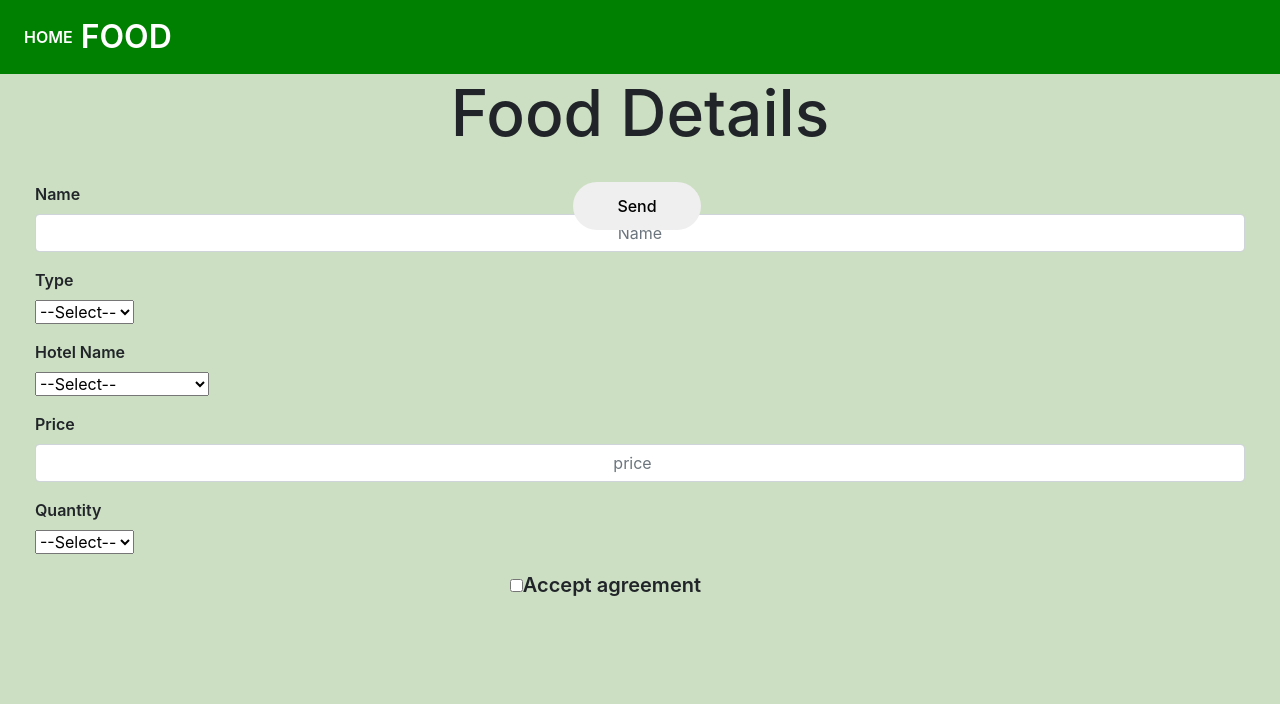
Repository: 05Mohammedismail/xworkz--Advance-Java
Page: http://localhost/Sep14_JSP_WrapperClasses/food.jsp
These files come from the project's save history. The page is drawn as it stood at one moment and after the next save; the edit follows.
The browser window is 1280 px wide. The pictures show the whole page.
The page is served by Tomcat 9. Other server files are loaded and not shown.

Above is the page before, as saved 2023-09-14 17:38:05.

### Sep14_JSP_WrapperClasses/src/main/webapp/food.jsp
<%@ page language="java" contentType="text/html; charset=ISO-8859-1"
    pageEncoding="ISO-8859-1"%>
<!doctype html>
<html lang="en">
  <head>
    <meta charset="utf-8">
    <meta name="viewport" content="width=device-width, initial-scale=1">
    <title>MY-JSP</title>
<link rel="stylesheet" href="https://cdn.jsdelivr.net/npm/bootstrap@4.0.0/dist/css/bootstrap.min.css" integrity="sha384-Gn5384xqQ1aoWXA+058RXPxPg6fy4IWvTNh0E263XmFcJlSAwiGgFAW/dAiS6JXm" crossorigin="anonymous">
<style type="text/css">

body{
background-color: rgb(204, 223, 194);
}

body h1{
text-align: center;
font-size: 4em;
}

.navbar-brand{
font-size: 2em;
}
.navbar{
background: green;
margin-bottom: 1px;
font-weight:600;
color: white;
}
.nav-link:hover{
text-decoration: underline;
}

.form-row{
margin: 30px;
position: relative;
}

.send{
position: absolute;
right: 45%;
border-radius: 40px;
height: 3em;
width: 8em;
outline: none;
border: none;
font-weight: 500;
cursor: pointer;
}

.send:hover{
background: lime;
}

.form-control{
text-align: center;
}

.form-group label{
font-weight: 600;
}

.check {
position: absolute;
right: 45%;
font-size: 20px;
}

</style>
</head>

  <body>
   <nav class="navbar navbar-expand-lg navbar-light">
  <div class="collapse navbar-collapse" id="navbarNav">
    <ul class="navbar-nav">
      <li class="nav-item">
        <a class="nav-link text-white" href="index.jsp">HOME</a>
      </li>
      </ul>
      <a class="navbar-brand">FOOD</a>
  <button class="navbar-toggler" type="button" data-toggle="collapse" data-target="#navbarNav" aria-controls="navbarNav" aria-expanded="false" aria-label="Toggle navigation">
    <span class="navbar-toggler-icon"></span>
  </button>
  </div>
</nav>

<h1>Food Details</h1>
<form action="food" method="post">
  <div class="form-row">

    <div class="form-group col-md-12">
      <label>Name</label>
      <input type="text" class="form-control" placeholder="Name" name="name">
    </div>

    <div class="form-group col-md-12">
      <label>Type</label>
      <br>
      <select name="type">
      <option>--Select--</option>
      <option>Veg</option>
      <option>Non-Veg</option>
      </select>
    </div>

    <div class="form-group col-md-12">
      <label>Hotel Name</label>
      <br>
      <select name="hname">
      <option>--Select--</option>
      <option>Persian Terrace</option>
      <option>Best Hotel</option>
      <option>Spice Terrace</option>
      <option>The Den Bengaluru</option>
      <option>New Modern Hotel</option>
      <option>Karavali</option>
      <option>Rameshwaram Cafe</option>
      <option>Meghana Foods</option>
      <option>CTR house</option>
      </select>
    </div>

    <div class="form-group col-md-12">
      <label >Price</label>
      <input type="number" class="form-control" placeholder="price" name="price">
    </div>

    <div class="form-group col-md-12">
      <label>Quantity</label>
      <br>
      <select name="quantity">
      <option>--Select--</option>
      <option>half</option>
      <option>Full</option>
      </select>
    </div>

     <div class="form-group col-md-12">
  	<label class="check">
  	<input type="checkbox" required="required">Accept agreement
 	  	</label>
 	</div>
 	<br>
 <input class="send" type="submit" value="Send">
 </div>
</form>

<script src="https://cdn.jsdelivr.net/npm/bootstrap@5.3.1/dist/js/bootstrap.bundle.min.js" integrity="sha384-HwwvtgBNo3bZJJLYd8oVXjrBZt8cqVSpeBNS5n7C8IVInixGAoxmnlMuBnhbgrkm" crossorigin="anonymous"></script>
</body>
</html>

After the next save:
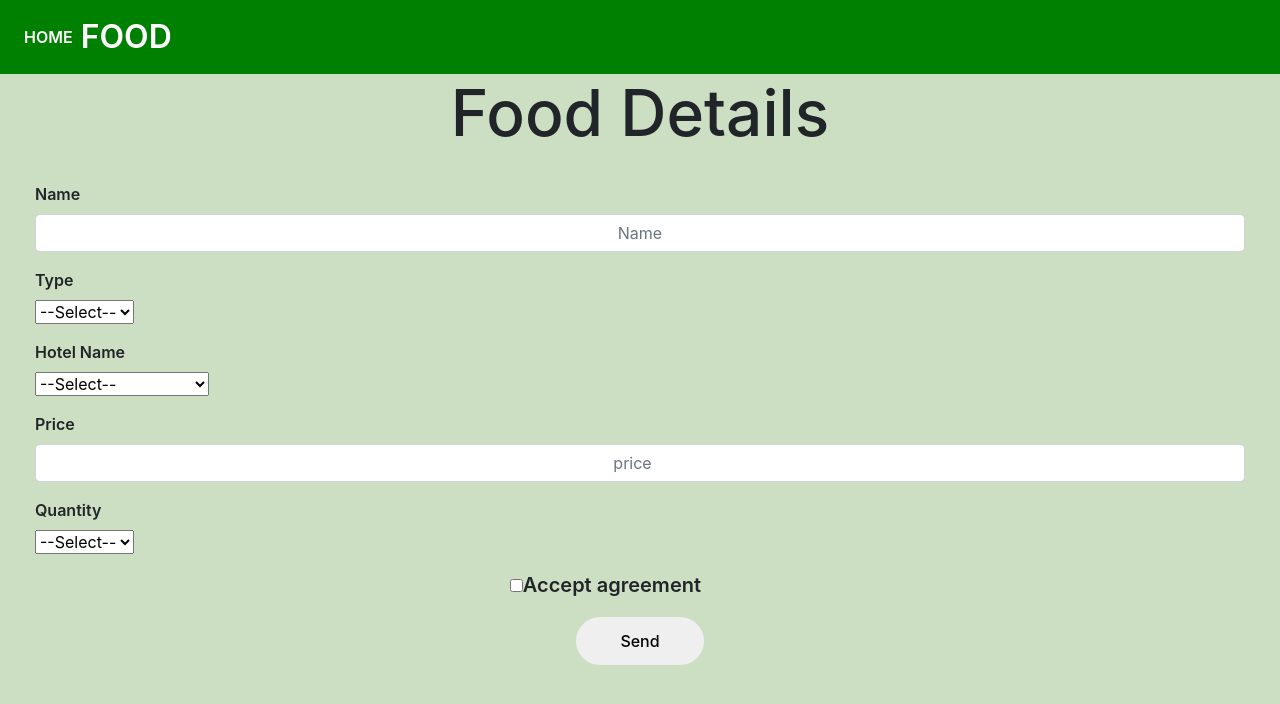
Saved 41 s later.
--- a/Sep14_JSP_WrapperClasses/src/main/webapp/food.jsp
+++ b/Sep14_JSP_WrapperClasses/src/main/webapp/food.jsp
@@ -140,9 +140,8 @@ font-size: 20px;
   	<input type="checkbox" required="required">Accept agreement
  	  	</label>
  	</div>
- 	<br>
- <input class="send" type="submit" value="Send">
  </div>
+  <input class="send" type="submit" value="Send">
 </form>
 
 <script src="https://cdn.jsdelivr.net/npm/bootstrap@5.3.1/dist/js/bootstrap.bundle.min.js" integrity="sha384-HwwvtgBNo3bZJJLYd8oVXjrBZt8cqVSpeBNS5n7C8IVInixGAoxmnlMuBnhbgrkm" crossorigin="anonymous"></script>
